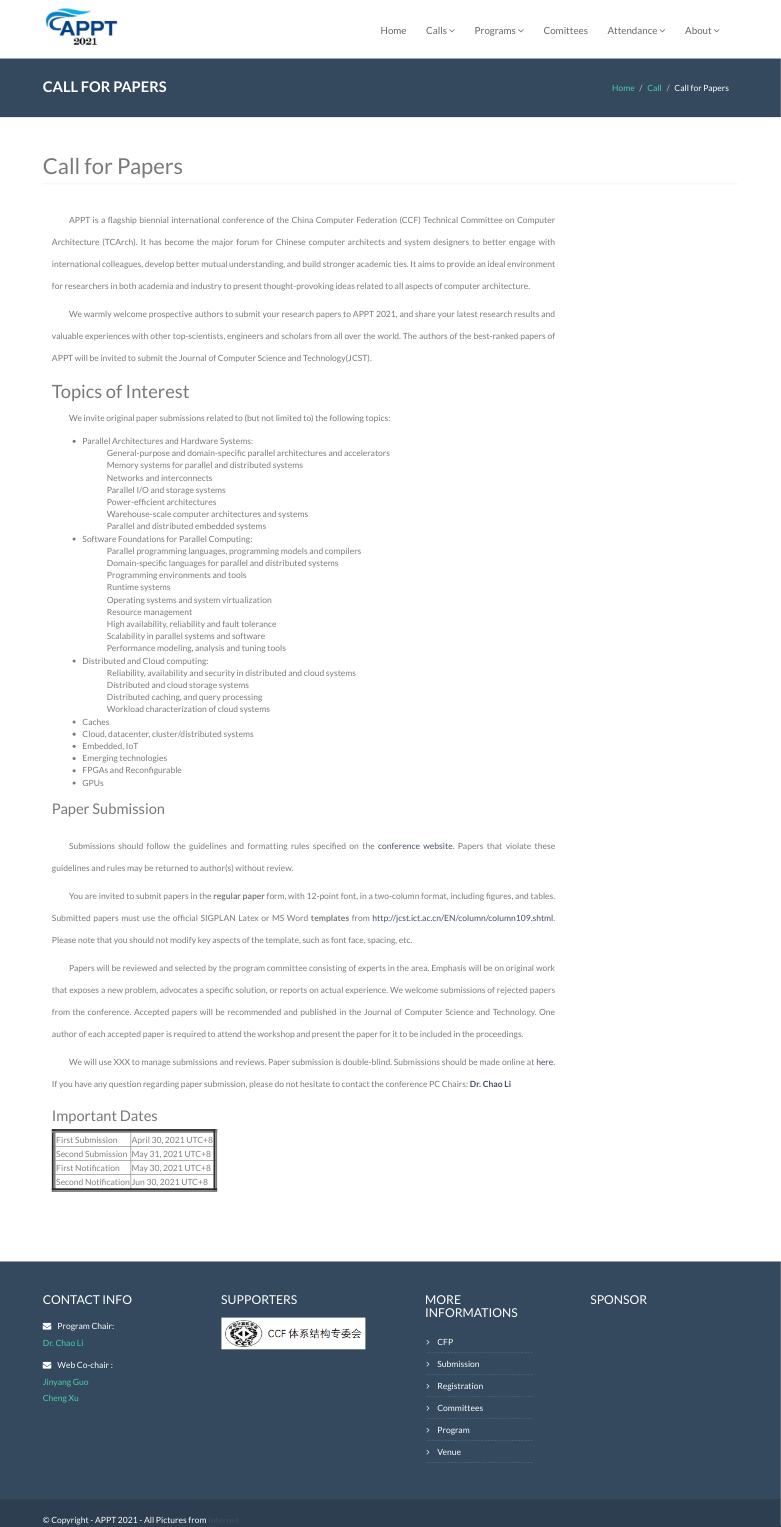
Repository: APPT2021/APPT2021.github.io
Page: call-papers.html
The author's editor kept a copy of each file at every save. The page is drawn from the files as they stood at one save, then again after the next save.
The browser window is 1280 px wide. The pictures show the whole page, at 61% of full size.

Above is the page before, as saved 2021-03-25 00:34:36.
Console error: ReferenceError: jQuery is not defined

### call-papers.html
<!DOCTYPE html>
<html lang="en">
  <head>
	  <script type="text/javascript" src="js/common/description.js"></script>

	  <script src="https://cdn.bootcss.com/semantic-ui/2.4.1/semantic.js"></script>
    	<link href="https://cdn.bootcss.com/semantic-ui/2.4.1/semantic.css" rel="stylesheet">

    <!-- Bootstrap core CSS -->
    <link href="css\bootstrap.min.css" rel="stylesheet">
    <link href="css\theme.css" rel="stylesheet">
    <link href="css\bootstrap-reset.css" rel="stylesheet">
    <!--external css-->
    <link href="assets\font-awesome\css\font-awesome.css" rel="stylesheet">
    <link rel="stylesheet" href="css\flexslider.css">
    <link href="assets\bxslider\jquery.bxslider.css" rel="stylesheet">
    <link rel="stylesheet" href="css\animate.css">
    <link href='http://fonts.googleapis.com/css?family=Lato' rel='stylesheet' type='text/css'>



      <!-- Custom styles for this template -->
    <link rel="stylesheet" type="text/css" href="css\component.css">
    <link href="css\style.css" rel="stylesheet">
    <link href="css\style-responsive.css" rel="stylesheet">

    <!-- HTML5 shim and Respond.js IE8 support of HTML5 tooltipss and media queries -->
    <!--[if lt IE 9]>
      <script src="js/html5shiv.js"></script>
      <script src="js/respond.min.js"></script>
    <![endif]-->
    <style type="text/css">
<!--
.STYLE1 {	font-size: 24px;
	font-weight: bold;
}
.STYLE2 {	font-size: 16px;
	font-weight: bold;
}
.p1{line-height: 27pt;word-wrap: break-word;text-indent: 2em;text-align: justify;}
-->
    </style>
</head>

  <body>
    <!--header start-->
    <script type="text/javascript" src="js/common/header.js"></script>
    <!--header end-->

    <!--breadcrumbs start-->
    <div class="breadcrumbs">
        <div class="container">
            <div class="row">
                <div class="col-lg-4 col-sm-4">
                    <h1>Call for Papers</h1>
                </div>
                <div class="col-lg-8 col-sm-8">
                    <ol class="breadcrumb pull-right">
                        <li><a href="index-real.html">Home</a></li>
						<li><a href="call-summary.html">Call</a></li>
                        <li class="active">Call for Papers</li>
                    </ol>
                </div>
            </div>
        </div>
    </div>
    <!--breadcrumbs end-->

    <!--container start-->
    <div class="component-bg">
        <div class="container">
            <!-- Forms
================================================== -->
<div class="bs-docs-section mar-b-30" style="padding-left: 0%;">
  <h1 id="forms" class="page-header">Call for Papers </h1>
<br>
  <div class="col-lg-9 col-lg-offset-0" itemprop="articleSection" style = "padding-bottom: 10%">
		<p class="p1">
			APPT is a flagship biennial international conference of the China Computer Federation (CCF) Technical Committee on Computer Architecture (TCArch). It has become the major forum for Chinese computer architects and system designers to better engage with international colleagues, develop better mutual understanding, and build stronger academic ties. It aims to provide an ideal environment for researchers in both academia and industry to present thought-provoking ideas related to all aspects of computer architecture.
		</p>
		<p class="p1">
			We warmly welcome prospective authors to submit your research papers to APPT 2021,
			and share your latest research results and valuable experiences with other top-scientists,
			engineers and scholars from all over the world. The authors of the best-ranked papers of APPT will be invited to submit the Journal of
		    Computer Science and Technology(JCST).
		</p>
		<h2>Topics of Interest</h2>
		<p class="p1">We invite original paper submissions related to (but not limited to) the following topics:</p>


		<ul style="margin-left: 50px;">
			<li style=" text-align: justify;">Parallel Architectures and Hardware Systems:
				<ol>
				<ul>General-purpose and domain-specific parallel architectures and accelerators</ul>
				<ul>Memory systems for parallel and distributed systems</ul>
				<ul>Networks and interconnects</ul>
				<ul>Parallel I/O and storage systems</ul>
				<ul>Power-efficient architectures</ul>
				<ul>Warehouse-scale computer architectures and systems</ul>
				<ul>Parallel and distributed embedded systems</ul>
				</ol>
			</li>
			<li style=" text-align: justify;">
				Software Foundations for Parallel Computing:
				<ol>Parallel programming languages, programming models and compilers</ol>
				<ol>Domain-specific languages for parallel and distributed systems</ol>
				<ol>Programming environments and tools</ol>
				<ol>Runtime systems</ol>
				<ol>Operating systems and system virtualization</ol>
				<ol>Resource management</ol>
				<ol>High availability, reliability and fault tolerance</ol>
				<ol>Scalability in parallel systems and software</ol>
				<ol>Performance modeling, analysis and tuning tools</ol>
			</li>
			<li style=" text-align: justify;">
				Distributed and Cloud computing:
				<ol>Reliability, availability and security in distributed and cloud systems</ol>
				<ol>Distributed and cloud storage systems</ol>
				<ol>Distributed caching, and query processing</ol>
				<ol>Workload characterization of cloud systems</ol>
				<ol></ol>
				<ol></ol>
				<ol></ol>
				<ol></ol>
			</li>
			<li style=" text-align: justify;">
				Caches
			</li>
			<li style=" text-align: justify;">
				Cloud, datacenter, cluster/distributed systems
			</li>
			<li style=" text-align: justify;">
				Embedded, IoT
			</li>
			<li style=" text-align: justify;">
				Emerging technologies
			</li>
			<li style=" text-align: justify;">
				FPGAs and Reconfigurable
			</li>
			<li style=" text-align: justify;">
				GPUs
			</li>
		</ul>



		<h3>Paper Submission</h3>
		<br>
		<p class="p1">
			Submissions should follow the guidelines and formatting rules
			 specified on the <a href ="http://jcst.ict.ac.cn/EN/column/column107.shtml">conference website</a>.
			 Papers that violate these guidelines and rules may be returned
			 to author(s) without review.
		</p>
		<p class="p1">
		You are invited to submit papers in the <strong>regular paper</strong> form, with 12-point font, in a two-column format, including figures, and tables. Submitted papers must use the official SIGPLAN Latex or MS Word <strong>templates</strong> from
		<a href="http://jcst.ict.ac.cn/EN/column/column109.shtml">http://jcst.ict.ac.cn/EN/column/column109.shtml</a>. Please note that you should
		not modify key aspects of the template, such as font face, spacing, etc.
		</p>
		<p class="p1">
		 Papers will be reviewed and selected by the program committee consisting of experts in the area.
		 Emphasis will be on original work that exposes a new problem, advocates a specific solution,
		  or reports on actual experience. We welcome submissions of rejected papers from the conference.
		  Accepted papers will be recommended and published in the Journal of Computer Science and Technology.
		  One author of each accepted paper is required to attend the workshop and present the paper for it to be included in the proceedings.
		</p>
<p class="p1">
We will use XXX to manage submissions and reviews. Paper submission is double-blind. Submissions should be made online at <a href="https://mc03.manuscriptcentral.com/jcst">here</a>. If you have any question regarding paper submission, please do not hesitate to contact the conference
		PC Chairs: <a href="mailto: chaol@cs.sjtu.edu.cn"><b>Dr. Chao Li</b> </a>
		</p>
		<h3>Important Dates</h3>


		<table role="grid" style="position: relative; color:black" border="6">
			<tbody>
			  <tr style="opacity: 0.5;">
				<td>First Submission</td>
				<td> April 30, 2021 UTC+8 </td>
			  </tr>
			  <tr style="opacity: 0.5;">
				<td>Second Submission</td>
				<td>May 31, 2021 UTC+8</td>
			  </tr>
			  <tr style="opacity: 0.5;">
				<td>First Notification</td>
				<td>May 30, 2021 UTC+8</td>
			  </tr>
			  <tr style="opacity: 0.5;">
				<td>Second Notification</td>
				<td>Jun 30, 2021 UTC+8</td>
			  </tr>
			</tbody>
		 </table>
<!--
		<h3>Camera Ready Submission / Author Kit</h3>
		<p style="text-align: justify; ">
		For the accepted papers to be included in the proceedings, the camera-ready version must be submitted by using the recommended format. The final PDF has to conform to the requirements for publishing on IEEE Xplore. In addition, the IEEE copyright form has to be submitted and at least one author of the paper must register to the conference at a full rate. The registration must cover any over-length page charge. All the steps listed above must be completed by <b>August 2nd, 2020</b>.
		</p>
		<p style="text-align: justify; ">
		Please note that <i>we will not be able to include your paper in the conference proceedings or in IEEE Xplore if you do not follow the instructions below. The conference organizer also reserves the right to exclude a paper from distribution after the conference (e.g., removal from IEEE Xplore) if it is not presented at the conference.</i>
		</p>

		<h3>Best Paper Award</h3>
		<p style=" text-align: justify;">
		All accepted papers SRDS will compete for the "Prof. C. V. Ramamoorthy Best Paper Award". The SRDS Best Paper is named after Prof. Chittoor V. Ramamoorthy, who was instrumental in the 80's for the success of SRDS, many of his former students have also significantly contributed to the conference.
		</p>

		<p style=" text-align: justify;">
		In addition, the authors of the best ranked papers of SRDS will be invited to submit extended versions of their papers to IEEE Transactions on Dependable and Secure Computing.
		</p>

		<p>&nbsp;</p>
		<h3>SRDS 2020 PC Chairs</h3>
		<p>&nbsp;</p>

		<div class="ui three column grid">
			<div class="column">
				<div class="ui card">
				<a class="image" href="http://web.cs.iastate.edu/~borzoo/" target="_blank">
					<img src="img/committees/borzoo.jpg">
				</a>
				<div class="content">
					<a class="header" href="http://web.cs.iastate.edu/~borzoo/" target="_blank">Borzoo Bonakdarpour</a>
					<div class="meta">
					<a>Iowa State University, USA</a>
					</div>
				</div>
				</div>
			</div>
			<div class="column">
				<div class="ui card">
				<a class="image" href="http://www.cs.sjtu.edu.cn/~lichao/" target="_blank">
					<img src="img/committees/li.jpg">
				</a>
				<div class="content">
					<a class="header" href="http://www.cs.sjtu.edu.cn/~lichao/" target="_blank">Chao Li</a>
					<div class="meta">
					<a>Shanghai Jiao Tong University</a>
					</div>
				</div>
				</div>
			</div>
			<div class="column">
				<div class="ui card">
				<a class="image" href="http://vukolic.com/" target="_blank">
					<img src="img/committees/marko.jpg">
				</a>
				<div class="content">
					<a class="header" href="http://vukolic.com/" target="_blank">Marko Vukolić</a>
					<div class="meta">
					<a>IBM Research-Zurich, Switzerland</a>
					</div>
				</div>
				</div>
			</div>
		</div>

	</div>
  <p>&nbsp;</p>
  <!-- /.bs-example -->
</div>
        </div>
    </div>
    <!--container end-->

	<script type="text/javascript" src="js/common/footer.js"></script>

  <!-- js placed at the end of the document so the pages load faster -->
    <script src="js\jquery.js"></script>
    <script src="js\bootstrap.min.js"></script>
    <script type="text/javascript" src="js\hover-dropdown.js"></script>
    <script defer="" src="js\jquery.flexslider.js"></script>
    <script type="text/javascript" src="assets\bxslider\jquery.bxslider.js"></script>

    <script src="js\jquery.easing.min.js"></script>
    <script src="js\link-hover.js"></script>


     <!--common script for all pages-->
    <script src="js\common-scripts.js"></script>
    <script src="js\wow.min.js"></script>
    <script>
        wow = new WOW(
          {
            boxClass:     'wow',      // default
            animateClass: 'animated', // default
            offset:       0          // default
          }
        )
        wow.init();
    </script>


  </body>
</html>

### css/theme.css
body {
  padding-top: 70px;
  padding-bottom: 30px;
}

.theme-dropdown .dropdown-menu {
  display: block;
  position: static;
  margin-bottom: 20px;
}

.theme-showcase > p > .btn {
  margin: 5px 0;
}

### css/flexslider.css
/*
 * jQuery FlexSlider v2.0
 * http://www.woothemes.com/flexslider/
 *
 * Copyright 2012 WooThemes
 * Free to use under the GPLv2 license.
 * http://www.gnu.org/licenses/gpl-2.0.html
 *
 * Contributing author: Tyler Smith (@mbmufffin)
 */


/* Browser Resets */
.flex-container a:active,
.flexslider a:active,
.flex-container a:focus,
.flexslider a:focus  {outline: none;}
.slides,
.flex-control-nav,
.flex-direction-nav {margin: 0; padding: 0; list-style: none;}

/* FlexSlider Necessary Styles
*********************************/
.flexslider {margin: 0; padding: 0;}
.flexslider .slides > li {display: none; -webkit-backface-visibility: hidden;} /* Hide the slides before the JS is loaded. Avoids image jumping */
.flexslider .slides img {width: 100%; display: block;}
.flex-pauseplay span {text-transform: capitalize;}

/* Clearfix for the .slides element */
.slides:after {content: "."; display: block; clear: both; visibility: hidden; line-height: 0; height: 0;}
html[xmlns] .slides {display: block;}
* html .slides {height: 1%;}

/* No JavaScript Fallback */
/* If you are not using another script, such as Modernizr, make sure you
 * include js that eliminates this class on page load */
.no-js .slides > li:first-child {display: block;}


/* FlexSlider Default Theme
*********************************/
.flexslider {margin: 0 0 0px; background: #fff; border: 4px solid #fff; position: relative; -webkit-border-radius: 4px; -moz-border-radius: 4px; -o-border-radius: 4px; border-radius: 4px; zoom: 1;}
.flex-viewport {max-height: 2000px; -webkit-transition: all 1s ease; -moz-transition: all 1s ease; transition: all 1s ease;}
.loading .flex-viewport {max-height: 300px;}
.flexslider .slides {zoom: 1;}

.carousel li {margin-right: 5px}


/* Direction Nav */
.flex-direction-nav {*height: 0;}

.flex-direction-nav a {width: 30px; height: 30px; margin: -20px 0 0; display: block; background: url(../img/bg_direction_nav.png) no-repeat 0 0; position: absolute; top: 50%; z-index: 10; cursor: pointer; text-indent: -9999px; opacity: 0; -webkit-transition: all .3s ease;}

.flex-direction-nav .flex-next {background-position: 100% 0; right: -36px; }
.flex-direction-nav .flex-prev {left: -36px;}
.flexslider:hover .flex-next {opacity: 0.8; right: 5px;}
.flexslider:hover .flex-prev {opacity: 0.8; left: 5px;}
.flexslider:hover .flex-next:hover, .flexslider:hover .flex-prev:hover {opacity: 1;}
.flex-direction-nav .flex-disabled {opacity: .3!important; filter:alpha(opacity=30); cursor: default;}

/* Control Nav */
.flex-control-nav {width: 100%; position: absolute; bottom: -40px; text-align: center;}
.flex-control-nav li {margin: 0 6px; display: inline-block; zoom: 1; *display: inline;}
.flex-control-paging li a {width: 11px; height: 11px; display: block; background: #666; background: rgba(0,0,0,0.5); cursor: pointer; text-indent: -9999px; -webkit-border-radius: 20px; -moz-border-radius: 20px; -o-border-radius: 20px; border-radius: 20px; box-shadow: inset 0 0 3px rgba(0,0,0,0.3);}
.flex-control-paging li a:hover { background: #333; background: rgba(0,0,0,0.7); }
.flex-control-paging li a.flex-active { background: #000; background: rgba(0,0,0,0.9); cursor: default; }

.flex-control-thumbs {margin: 5px 0 0; position: static; overflow: hidden;}
.flex-control-thumbs li {width: 25%; float: left; margin: 0;}
.flex-control-thumbs img {width: 100%; display: block; opacity: .7; cursor: pointer;}
.flex-control-thumbs img:hover {opacity: 1;}
.flex-control-thumbs .flex-active {opacity: 1; cursor: default;}

@media screen and (max-width: 860px) {
  .flex-direction-nav .flex-prev {opacity: 1; left: 0;}
  .flex-direction-nav .flex-next {opacity: 1; right: 0;}
}

### css/style-responsive.css
@media (min-width: 768px) and (max-width: 980px) {
    .col-4 .item {
        width: 47%;
        margin-right: 2%;
        margin-bottom: 2%;
    }
}

@media (max-width: 768px) {


    .navbar-toggle {
        margin-top: 12px;
    }

    .head-section .navbar-collapse  ul.navbar-nav {
        float: none;
        margin-left: 0;
    }

    .head-section .nav li a:hover,
    .head-section .nav li a:focus,
    .head-section .nav li a.dropdown-toggle:focus,
    .head-section .nav li a.dropdown-toggle .dropdown-menu li a:hover,
    .head-section .nav li.active a,
    .head-section .dropdown-menu li a:hover {
        color: #fff !important;
    }

    .head-section .navbar-nav > li {
        padding: 0;
        margin-bottom: 2px;
    }

    .head-section .nav li ul.dropdown-menu li a {
        margin-left: 0px;
        color: #999!important; ;
    }

    .head-section .nav li .dropdown-menu li a:hover, .head-section .nav li .dropdown-menu li.active a {
        color: #fff !important;
    }

    .purchase-btn, .about-testimonial {
        margin-top: 10px;
    }

    .breadcrumb.pull-right{
        padding: 0;
    }

    .search, .bx-controls-direction {
        display: none;
    }

    .tweet-box {
        margin-bottom: 20px;
    }

    .property img {
        width: 80%;
    }

    .bx-wrapper {
        margin-bottom: 60px;
    }

    .purchase-btn, .about-testimonial {
        margin-top: 0;
    }

    .purchase-btn {
        line-height: 98px;
    }

    .social-link-footer li a {
        font-size: 16px;
        height: 40px;
        width: 40px;
    }

    .navbar-header {
        float: none;
        text-align: center;
        width: 100%;
        margin: 10px 0;
    }

    .navbar-brand {
        float: none;

    }

    .carousel-control {
        font-size: 45px;
        line-height: 70px;
    }

    .btn, .form-control {
        margin-bottom: 10px;
    }



}


@media (max-width: 480px) {

    .head-section .navbar {
        min-height: 60px;
    }

    .navbar-toggle {
        margin-right: -10px;
    }

    .head-section .nav li .dropdown-menu li a:hover {
        color: #48C9B0 !important;
    }

    .navbar-brand {
        margin-top: 10px !important;
        float: left !important;
    }

    .col-4 .item {
        width: 100%;
        margin-right: 0%;
        margin-bottom: 2%;
    }

    .breadcrumb.pull-right{
        float: left !important;
        margin-top: 10px;
        padding: 0;
    }

    .carousel-control {
        font-size: 23px;
        line-height: 38px;
    }
}

@media (max-width:320px) {


}



@media (max-width: 900px) {
    /*Slider Sequence*/
    #sequence-theme .info {
        top:80px !important;
        width:60% !important;
        margin-right:50px;
    }

    /*Slider Parallax*/
    .da-slide .da-img {
        display:none;
    }
}

@media (max-width: 450px) {
    /*Slider Sequence*/
    #sequence-theme .info {
        top:70px !important;
        width:70% !important;
        margin-right:25px;
    }
    #sequence-theme h2 {
        font-size:30px !important;
    }
    #sequence-theme .info p {
        font-size:18px !important;
    }

    /*Slider Parallax*/
    .da-slide p {
        display:none;
    }
}

Loaded but not shown: css/bootstrap.min.css (library); css/bootstrap-reset.css (library); assets/font-awesome/css/font-awesome.css (library); assets/bxslider/jquery.bxslider.css (library); css/animate.css (library); js/jquery.js (library); js/bootstrap.min.js (library); assets/bxslider/jquery.bxslider.js (library); js/jquery.easing.min.js (library); js/wow.min.js (library); js/jquery.flexslider.js (library); js/link-hover.js (621 lines, source omitted); js/common/header.js (79 lines, source omitted); js/common/footer.js (83 lines, source omitted); js/hover-dropdown.js (135 lines, source omitted); js/common/description.js (11 lines, source omitted); js/common-scripts.js (42 lines, source omitted); css/style.css (2977 lines, source omitted); css/component.css (1591 lines, source omitted)

After the next save:
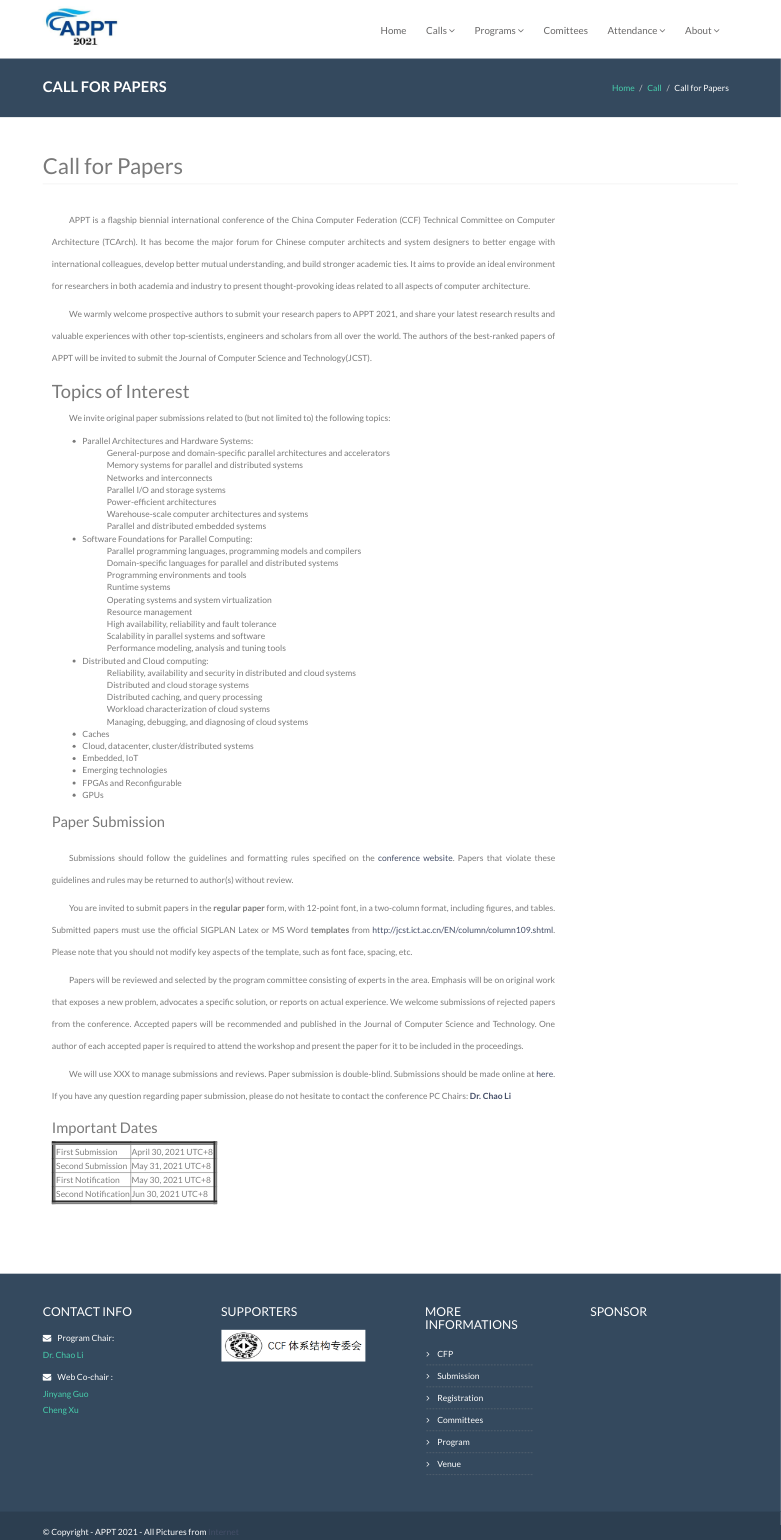
Saved 10 s later.
--- a/call-papers.html
+++ b/call-papers.html
@@ -118,7 +118,7 @@
 				<ol>Distributed and cloud storage systems</ol>
 				<ol>Distributed caching, and query processing</ol>
 				<ol>Workload characterization of cloud systems</ol>
-				<ol></ol>
+				<ol>Managing, debugging, and diagnosing of cloud systems</ol>
 				<ol></ol>
 				<ol></ol>
 				<ol></ol>
